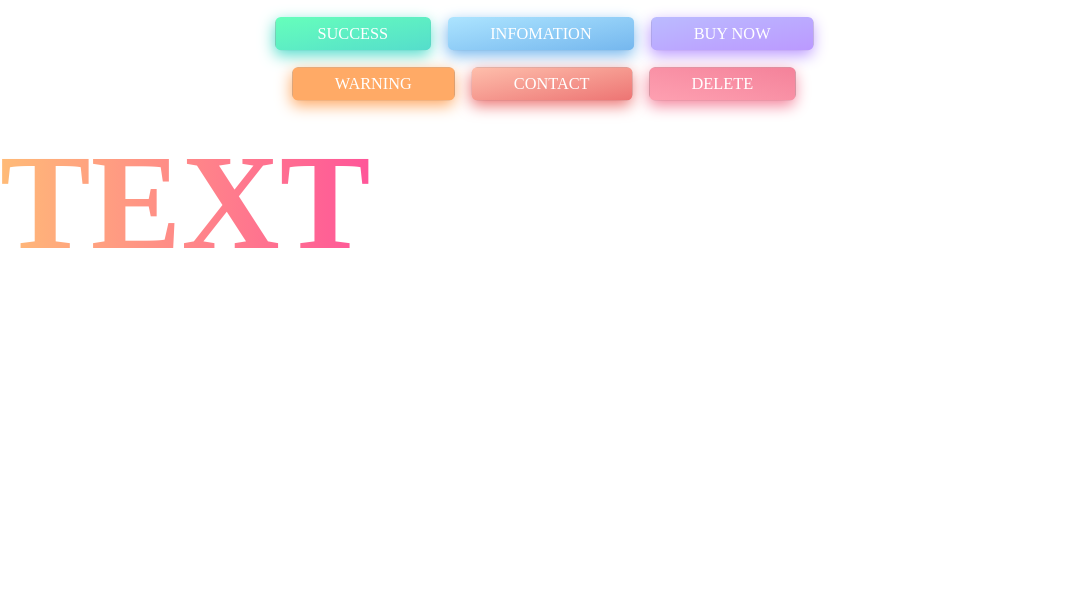
Repository: ThanhPhongsof/Css-Course
Page: index.html
An editor plug-in stored every save of this project. The page is shown before and after the next save, followed by the edit.
The browser window is 1280 px wide. The pictures show the whole page, at 85% of full size.

Above is the page before, as saved 2022-05-16 09:01:03.

After the next save:
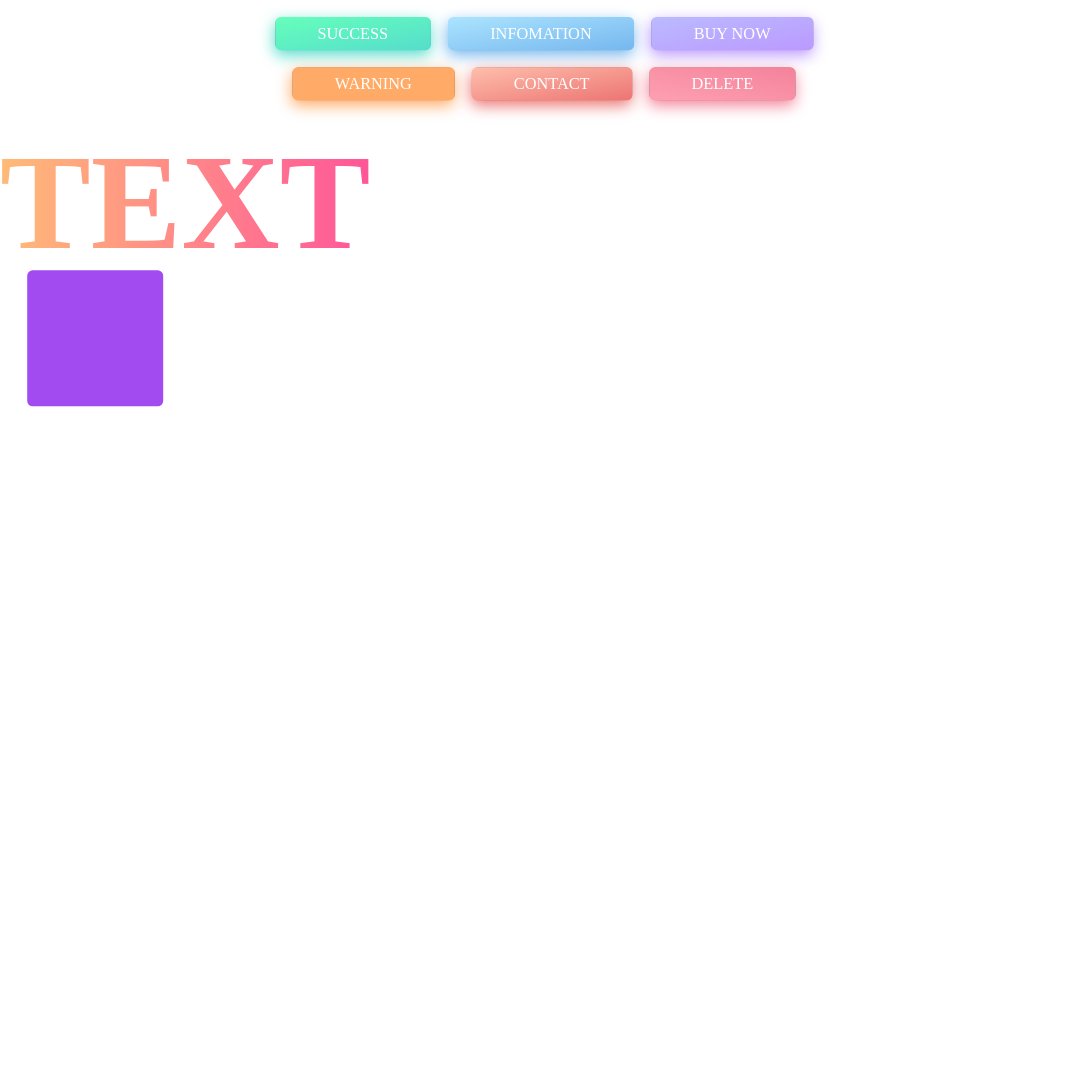
Saved 5 s later.
--- a/index.html
+++ b/index.html
@@ -22,5 +22,12 @@
     <div class="group-text">
       <span class="title tittle--primary">text</span>
     </div>
+    <ul class="color__list">
+      <li class="color__item"></li>
+      <li class="color__item"></li>
+      <li class="color__item"></li>
+      <li class="color__item"></li>
+      <li class="color__item"></li>
+    </ul>
   </body>
 </html>
